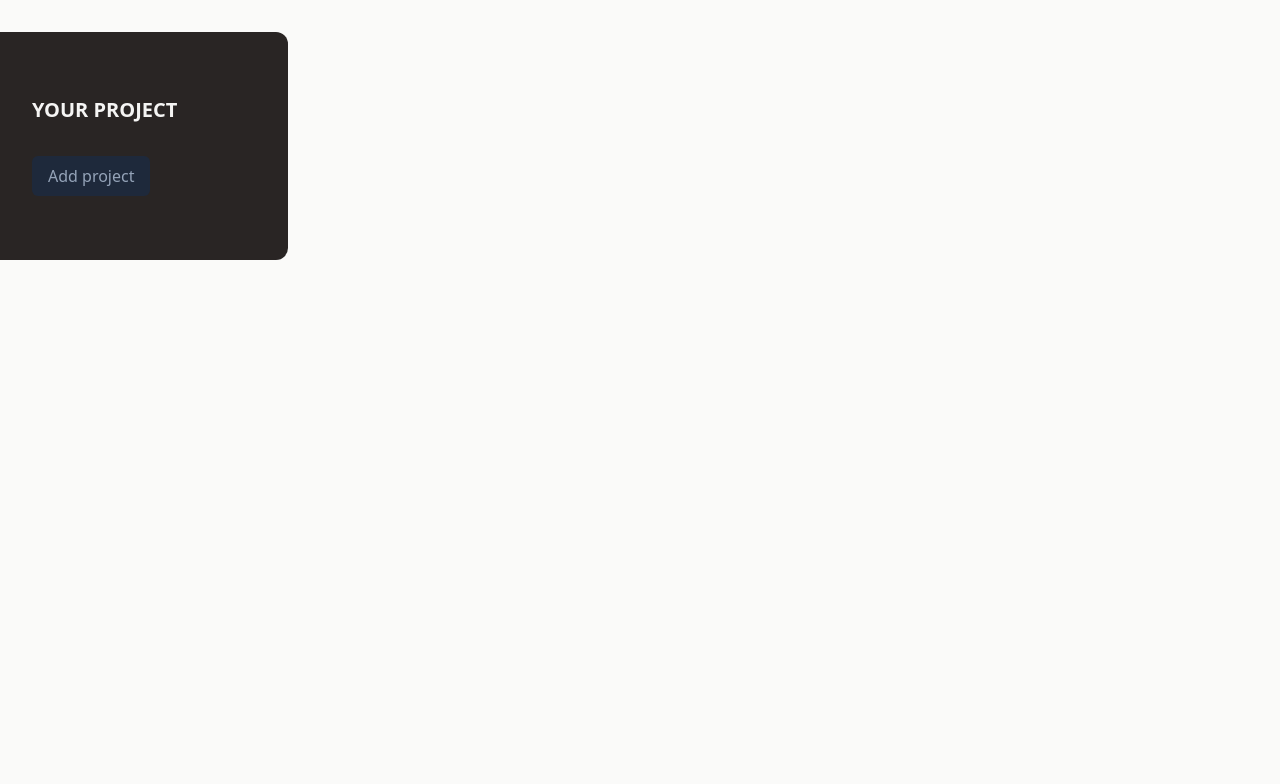
Repository: sibi24sibi/todo-list-using-reactjs
Page: /
The author's editor kept a copy of each file at every save. The page is drawn from the files as they stood at one save, then again after the next save.
The browser window is 1280 px wide. The pictures show the whole page.
The project was rebuilt for these pictures with package versions that can differ from the ones it lists, and the page was loaded fresh each time. Also part of the build but not shown: vite.config.js.

Above is the page before, as saved 2024-06-24 11:49:14.

### src/App.jsx
import SideBar from "./assets/Components/SideBar/SideBar";

function App() {
  return (
    <>
      <main className="h-screen my-8">
        <SideBar />
      </main>
    </>
  );
}

export default App;

### src/assets/Components/SideBar/SideBar.jsx
export default function SideBar() {
  return (
    <aside className="w-1/3  px-8 py-16 bg-stone-800 text-stone-50 md:w-72 rounded-r-xl">
      <h2 className="mb-8 font-bold uppercase md:text-xl text-stone-100">
        your project
      </h2>
      <div>
        <button className="px-4 py-2 text-slate-400 hover:text-slate-900 md:text-base rounded-md bg-slate-800 hover:bg-slate-400">
          Add project
        </button>
      </div>
      <ul></ul>
    </aside>
  );
}

Loaded but not shown: index.html (common file); src/main.jsx (common file); src/index.css (common file); tailwind.config.js (common file)

After the next save:
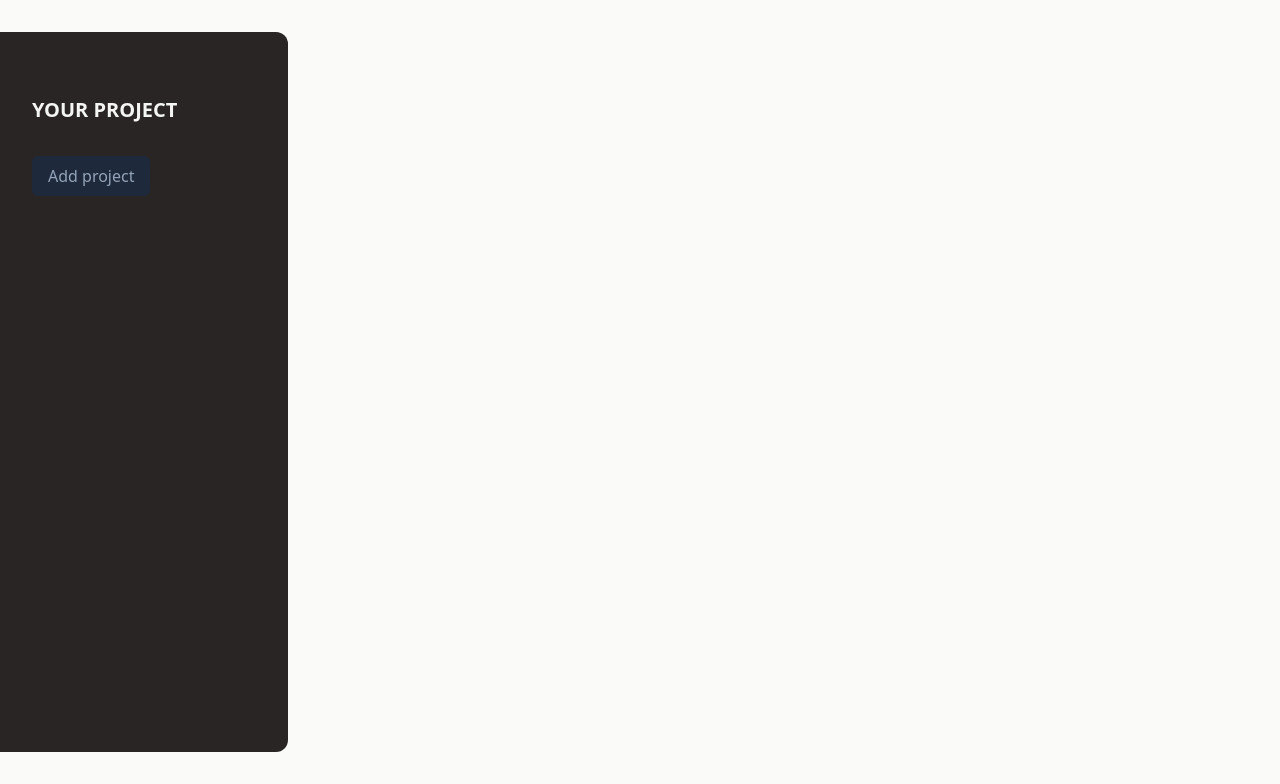
Saved 28 s later.
--- a/src/assets/Components/SideBar/SideBar.jsx
+++ b/src/assets/Components/SideBar/SideBar.jsx
@@ -1,6 +1,6 @@
 export default function SideBar() {
   return (
-    <aside className="w-1/3  px-8 py-16 bg-stone-800 text-stone-50 md:w-72 rounded-r-xl">
+    <aside className="w-1/3 h-screen  px-8 py-16 bg-stone-800 text-stone-50 md:w-72 rounded-r-xl">
       <h2 className="mb-8 font-bold uppercase md:text-xl text-stone-100">
         your project
       </h2>
